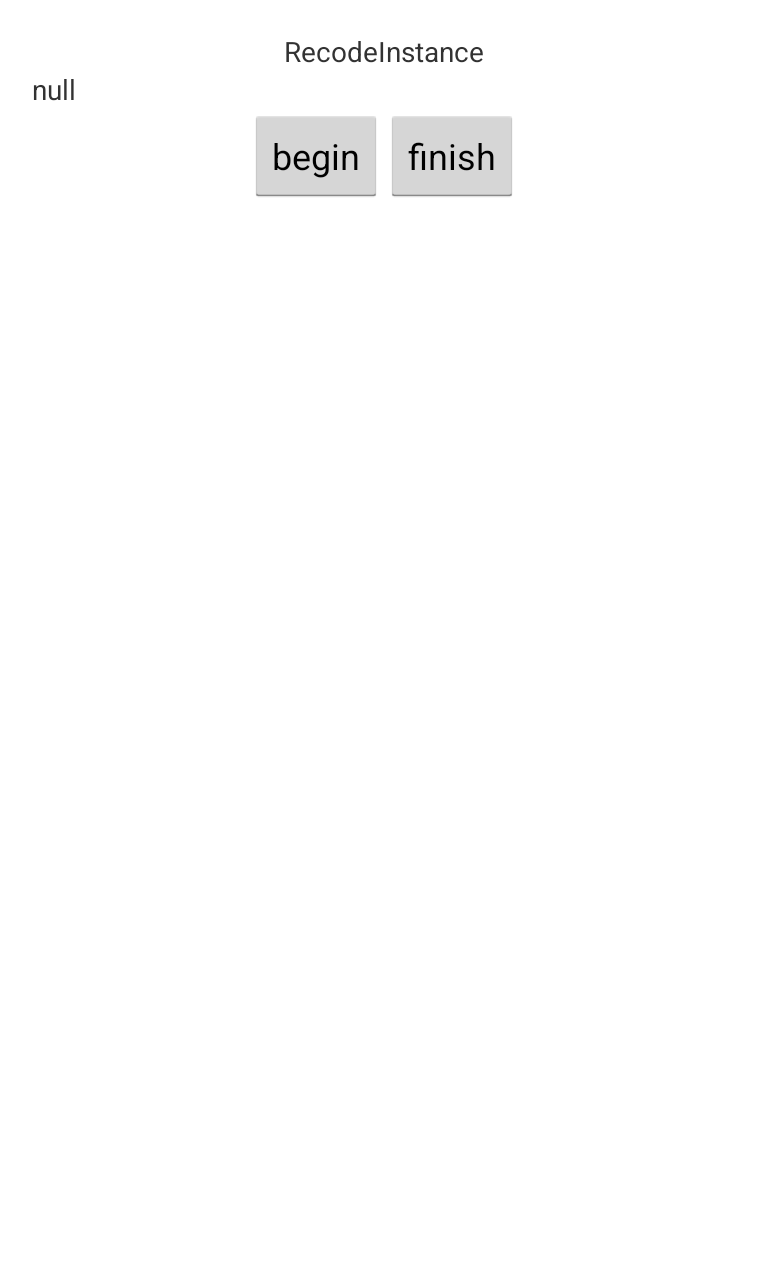
Repository: ShigerD/AndroidSample
Layout: Sample/Sample13/Sample13_5/Recode/res/layout/activity_main.xml
The author's editor kept a copy of each file at every save. The layout is drawn from the files as they stood at one save, then again after the next save.
It is drawn on a 768 x 1280 px phone screen (xhdpi) without system bars, with theme AppTheme; the app's code is not run.

Above is the layout before, as saved 2016-08-18 08:03:00.

### Sample/Sample13/Sample13_5/Recode/res/layout/activity_main.xml
<LinearLayout xmlns:android="http://schemas.android.com/apk/res/android"
    xmlns:tools="http://schemas.android.com/tools"
    android:layout_width="match_parent"
    android:layout_height="match_parent"
    android:paddingBottom="@dimen/activity_vertical_margin"
    android:paddingLeft="@dimen/activity_horizontal_margin"
    android:paddingRight="@dimen/activity_horizontal_margin"
    android:paddingTop="@dimen/activity_vertical_margin"
    tools:context="com.example.recode.MainActivity" >

    <LinearLayout
        android:layout_width="fill_parent"
        android:layout_height="fill_parent"

        android:layout_centerHorizontal="true"
        android:orientation="vertical" >

        <TextView
            android:layout_width="wrap_content"
            android:layout_height="wrap_content"
            android:layout_gravity="center_horizontal"
            android:text="@string/title" />

        <TextView
            android:id="@+id/textView1"
            android:layout_width="wrap_content"
            android:layout_height="wrap_content"
            android:text="@string/state" />

        <LinearLayout
            android:layout_width="match_parent"
            android:layout_height="match_parent"
            android:gravity="center_horizontal" >

            <Button
                android:id="@+id/start"
                android:layout_width="wrap_content"
                android:layout_height="wrap_content"
                android:text="@string/start" />

            <Button
                android:id="@+id/stop"
                android:layout_width="wrap_content"
                android:layout_height="wrap_content"
                android:text="@string/stop" />

        </LinearLayout>

    </LinearLayout>

</LinearLayout>

### Sample/Sample13/Sample13_5/Recode/res/values/strings.xml
<?xml version="1.0" encoding="utf-8"?>
<resources>

    <string name="app_name">Recode</string>
    <string name="hello_world">Hello world!</string>
    <string name="action_settings">Settings</string>
    <string name="title">RecodeInstance</string>
    <string name="start">begin</string>
    <string name="stop">finish</string>
    <string name="state">null</string>

</resources>

Loaded but not shown: Sample/Sample13/Sample13_5/Recode/res/values/styles.xml (common file); Sample/Sample13/Sample13_5/Recode/res/values-v11/styles.xml (common file); Sample/Sample13/Sample13_5/Recode/res/values-v14/styles.xml (common file); Sample/Sample13/Sample13_5/Recode/res/values/dimens.xml (common file); Sample/Sample13/Sample13_5/Recode/res/values-w820dp/dimens.xml (common file)

After the next save:
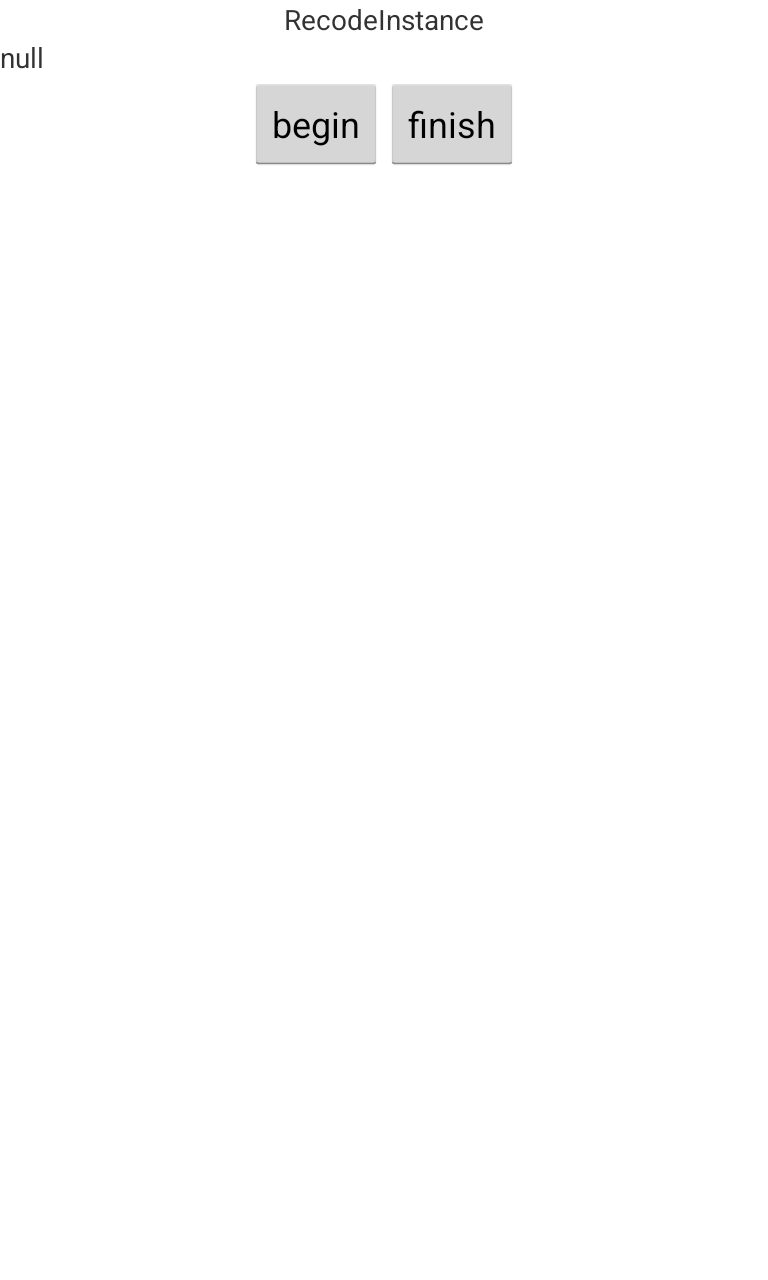
Saved 85 s later.
--- a/Sample/Sample13/Sample13_5/Recode/res/layout/activity_main.xml
+++ b/Sample/Sample13/Sample13_5/Recode/res/layout/activity_main.xml
@@ -2,17 +2,13 @@
     xmlns:tools="http://schemas.android.com/tools"
     android:layout_width="match_parent"
     android:layout_height="match_parent"
-    android:paddingBottom="@dimen/activity_vertical_margin"
-    android:paddingLeft="@dimen/activity_horizontal_margin"
-    android:paddingRight="@dimen/activity_horizontal_margin"
-    android:paddingTop="@dimen/activity_vertical_margin"
+
     tools:context="com.example.recode.MainActivity" >
 
     <LinearLayout
         android:layout_width="fill_parent"
         android:layout_height="fill_parent"
 
-        android:layout_centerHorizontal="true"
         android:orientation="vertical" >
 
         <TextView
